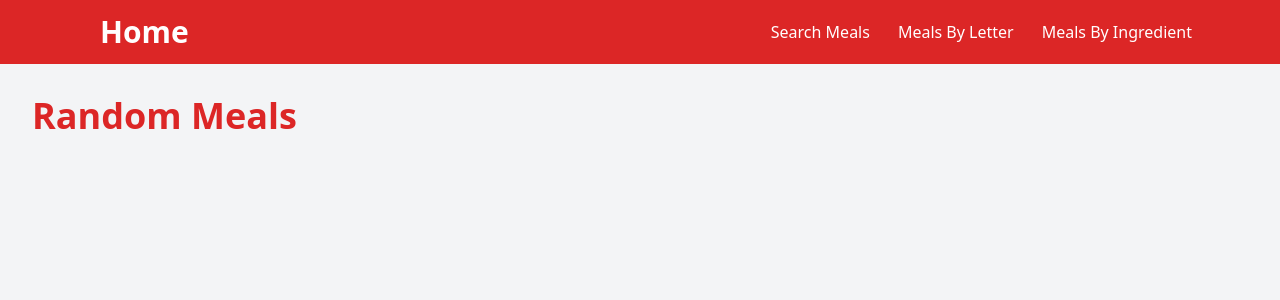
Repository: HalemX/meals
Page: /
The author's editor kept a copy of each file at every save. The page is drawn from the files as they stood at one save, then again after the next save.
The browser window is 1280 px wide. The pictures show the whole page.
The page's requests for data from a server got no answer. The project was rebuilt for these pictures with package versions that can differ from the ones it lists, and the page was loaded fresh each time. No one was signed in, and anything a server would have sent is missing. Also part of the build but not shown: vite.config.js, src/components/ui/BaseButtons.vue, src/components/meals_components/MealsItem.vue, src/components/layout/GuestLayout.vue, src/pages/meals/MealsByIngredient.vue, src/pages/meals/MealsByLetters.vue, src/pages/meals/MealsByName.vue, src/components/meals_components/MealDetails.vue and 1 more.

Above is the page before, as saved 2024-02-12 17:18:19.

### index.html
<!DOCTYPE html>
<html lang="en">
  <head>
    <meta charset="UTF-8" />
    <link rel="icon" type="image/svg+xml" href="/vite.svg" />
    <meta name="viewport" content="width=device-width, initial-scale=1.0" />
    <title>Vite + Vue</title>
  </head>
  <body class="bg-gray-100 h-full">
    <div id="app"></div>
    <script type="module" src="/src/main.js"></script>
  </body>
</html>

### src/main.js
import { createApp } from "vue";

import router from "./router";
import store from "./store";
import "./style.css";

import App from "./App.vue";

const app = createApp(App);
app.use(router);
app.use(store);

app.mount("#app");

### src/router/index.js
import { createRouter, createWebHistory } from "vue-router";

import Home from "../pages/home/Home.vue";

import DefaultLayout from "../components/layout/DefaultLayout.vue";
import GuestLayout from "../components/layout/GuestLayout.vue";

import MealsByIngredient from "../pages/meals/MealsByIngredient.vue";
import MealsByLetters from "../pages/meals/MealsByLetters.vue";
import MealsByName from "../pages/meals/MealsByName.vue";
import MealDetails from "../components/meals_components/MealDetails.vue";
import AllIngredients from "../pages/meals/AllIngredients.vue";

const routes = [
  {
    path: "/",
    component: DefaultLayout,
    children: [
      {
        path: "/",
        name: "home",
        component: Home,
      },
      {
        path: "/by-letter/:letter?",
        name: "byLetter",
        component: MealsByLetters,
      },
      {
        path: "/by-name/:name?",
        name: "byName",
        component: MealsByName,
      },
      {
        path: "/ingredients",
        name: "ingredients",
        component: AllIngredients,
      },
      {
        path: "/by-ingredient/:ingredient",
        name: "byIngredient",
        component: MealsByIngredient,
      },
      {
        path: "/meal/:id",
        name: "mealDetails",
        component: MealDetails,
      },
    ],
  },
  {
    path: "/guest",
    component: GuestLayout,
    children: [],
  },
];

const router = createRouter({
  history: createWebHistory(),
  routes,
});

export default router;

### src/store/index.js
import { createStore } from "vuex";

import mealsModule from "./modules/meals/index";

const store = createStore({
  modules: {
    mealsModule,
  },
});

export default store;

### src/App.vue
<template>
  <router-view v-slot="slotProps">
    <transition name="route" mode="out-in">
      <component :is="slotProps.Component"></component>
    </transition>
  </router-view>
</template>

<style scoped>
.route-enter-from {
  opacity: 0;
  transform: translateY(-30px);
}
.route-leave-to {
  opacity: 0;
  transform: translateY(30px);
}
.route-enter-active {
  transition: all 0.4s ease-out;
}
.route-enter-active {
  transition: all 0.4s ease-in;
}
.route-enter-to,
.route-leave-from {
  opacity: 1;
  transform: translateY(0);
}
</style>

### src/pages/home/Home.vue
<template>
  <div>
    <div class="p-8 pb-0 text-[#dc2626]">
      <h1 class="text-4xl font-bold mb-4">Random Meals</h1>
    </div>
    <meals-item :meals="meals"></meals-item>
  </div>
</template>

<script>
import { onMounted, ref } from "vue";
import MealsItem from "../../components/meals_components/MealsItem.vue";
import axiosClient from "../../axiosClient";

export default {
  component: {
    MealsItem,
  },
  setup() {
    const meals = ref([]);

    onMounted(async () => {
      for (let i = 0; i < 10; i++) {
        axiosClient
          .get(`random.php`)
          .then(({ data }) => meals.value.push(data.meals[0]));
      }
    });

    return { meals };
  },
};
</script>

### src/components/layout/DefaultLayout.vue
<template>
  <div>
    <navbar />
    <main>
      <router-view v-slot="slotProps">
        <transition name="route" mode="out-in">
          <component :is="slotProps.Component"></component>
        </transition>
      </router-view>
    </main>
  </div>
</template>

<script>
import Navbar from "./Navbar.vue";
export default {
  components: {
    Navbar,
  },
};
</script>

<style>
.route-enter-from {
  opacity: 0;
  transform: translateY(-30px);
}
.route-leave-to {
  opacity: 0;
  transform: translateY(30px);
}
.route-enter-active {
  transition: all 0.4s ease-out;
}
.route-enter-active {
  transition: all 0.4s ease-in;
}
.route-enter-to,
.route-leave-from {
  opacity: 1;
  transform: translateY(0);
}
</style>

### src/store/modules/meals/index.js
import mutations from "./mutations";
import actions from "./actions";
import getters from "./getters";

export default {
  state() {
    return {
      searchMealsByName: [],
      searchMealsByLetter: [],
      searchMealsByIng: [],
    };
  },
  mutations,
  actions,
  getters,
};

### src/axiosClient.js
import axios from "axios";

const axiosClient = axios.create({
  baseURL: import.meta.env.VITE_API_BASE_URL,
});

export default axiosClient;

### src/components/layout/Navbar.vue
<template>
  <div class="bg-[#dc2626]">
    <header
      class="text-white shadow h-16 flex justify-between items-stretch bg-[#dc2626] md:mx-20"
    >
      <router-link
        class="text-3xl inline-flex items-center h-full px-5 font-bold"
        :to="{ name: 'home' }"
        >Home</router-link
      >
      <div class="flex items-center gap-3">
        <router-link
          class="inline-flex items-center px-2 h-full transition-colors hover:bg-[#ef4444]"
          :to="{ name: 'byName' }"
          >Search Meals</router-link
        >
        <router-link
          class="inline-flex items-center px-2 h-full transition-colors hover:bg-[#f87171]"
          :to="{ name: 'byLetter' }"
          >Meals By Letter</router-link
        >
        <router-link
          class="inline-flex items-center px-2 h-full transition-colors hover:bg-[#f87171]"
          :to="{ name: 'ingredients' }"
          >Meals By Ingredient</router-link
        >
      </div>
    </header>
  </div>
</template>

<script>
export default {};
</script>

<style scoped>
header {
  box-shadow: none !important;
}
</style>

### src/store/modules/meals/mutations.js
export default {
  setSearchMealsByName(state, meals) {
    state.searchMealsByName = meals;
  },
  setSearchMealsByLetter(state, meals) {
    state.searchMealsByLetter = meals;
  },
  setSearchMealsByIng(state, meals) {
    state.searchMealsByIng = meals;
  },
};

### src/store/modules/meals/actions.js
import axiosClient from "../../../axiosClient";

export default {
  async searchMealsByName(context, enterName) {
    const response = await axiosClient.get(`search.php?s=${enterName}`);

    const responseData = await response.data;

    context.commit("setSearchMealsByName", responseData.meals);
  },

  async searchMealsLetter(context, letter) {
    const response = await axiosClient.get(`search.php?f=${letter}`);

    const responseData = await response.data;

    context.commit("setSearchMealsByLetter", responseData.meals);
  },

  async searchMealsByIng(context, enterIng) {
    const response = await axiosClient.get(`filter.php?i=${enterIng}`);

    const responseData = await response.data;

    context.commit("setSearchMealsByIng", responseData.meals);
  },

  //   async fetchMeals(context) {
  //     const response = await fetch(
  //       "https://www.themealdb.com/api/json/v1/1/search.php?s=Arrabiata"
  //     );
  //     const responseData = await response.json();
  //     if (!response.ok) {
  //       const error = new Error(responseData.message || "Failed to fetch Meals");
  //       throw error;
  //     }
  //     // console.log(responseData.meals);
  //     // const meals = [];
  //     // for (const key in responseData) {
  //     //   const request = {
  //     //     id: key,
  //     //     coachId: coachId,
  //     //     userEmail: responseData[key].userEmail,
  //     //     message: responseData[key].message,
  //     //   };
  //     //   requests.push(request);
  //     // }
  //     context.commit("setMeals", responseData.meals.slice(0, 5));
  //   },
};

### src/store/modules/meals/getters.js
export default {
  getSearchMealsByName(state) {
    return state.searchMealsByName;
  },
  getSearchMealsByLetter(state) {
    return state.searchMealsByLetter;
  },
  getSearchMealsByIng(state) {
    return state.searchMealsByIng;
  },
};

### tailwind.config.js
/** @type {import('tailwindcss').Config} */
export default {
  content: ["./index.html", "./src/**/*.{vue,js,ts,jsx,tsx}"],
  theme: {
    extend: {},
  },
  plugins: [
    require("@tailwindcss/forms"),
    // ...
  ],
};

Loaded but not shown: src/style.css (common file)

After the next save:
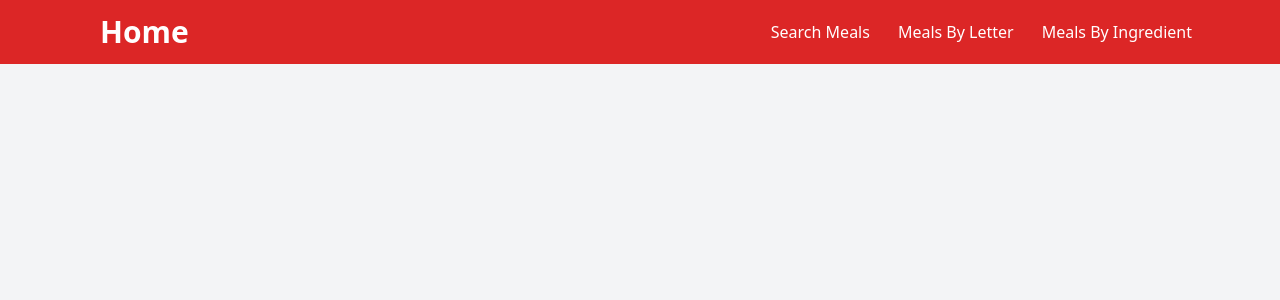
Saved 58 s later.
--- a/src/pages/home/Home.vue
+++ b/src/pages/home/Home.vue
@@ -1,8 +1,5 @@
 <template>
   <div>
-    <div class="p-8 pb-0 text-[#dc2626]">
-      <h1 class="text-4xl font-bold mb-4">Random Meals</h1>
-    </div>
     <meals-item :meals="meals"></meals-item>
   </div>
 </template>

After the save that followed:
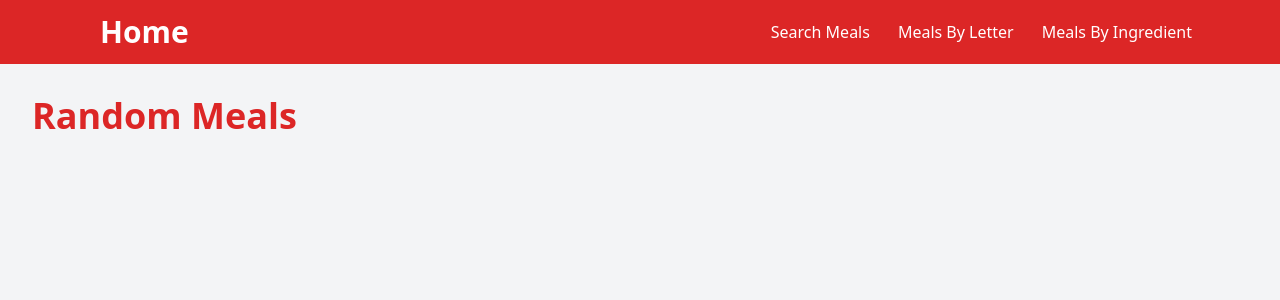
Saved 9 s later.
--- a/src/pages/home/Home.vue
+++ b/src/pages/home/Home.vue
@@ -1,5 +1,8 @@
 <template>
   <div>
+    <div class="p-8 pb-0 text-[#dc2626]">
+      <h1 class="text-4xl font-bold mb-4">Random Meals</h1>
+    </div>
     <meals-item :meals="meals"></meals-item>
   </div>
 </template>
